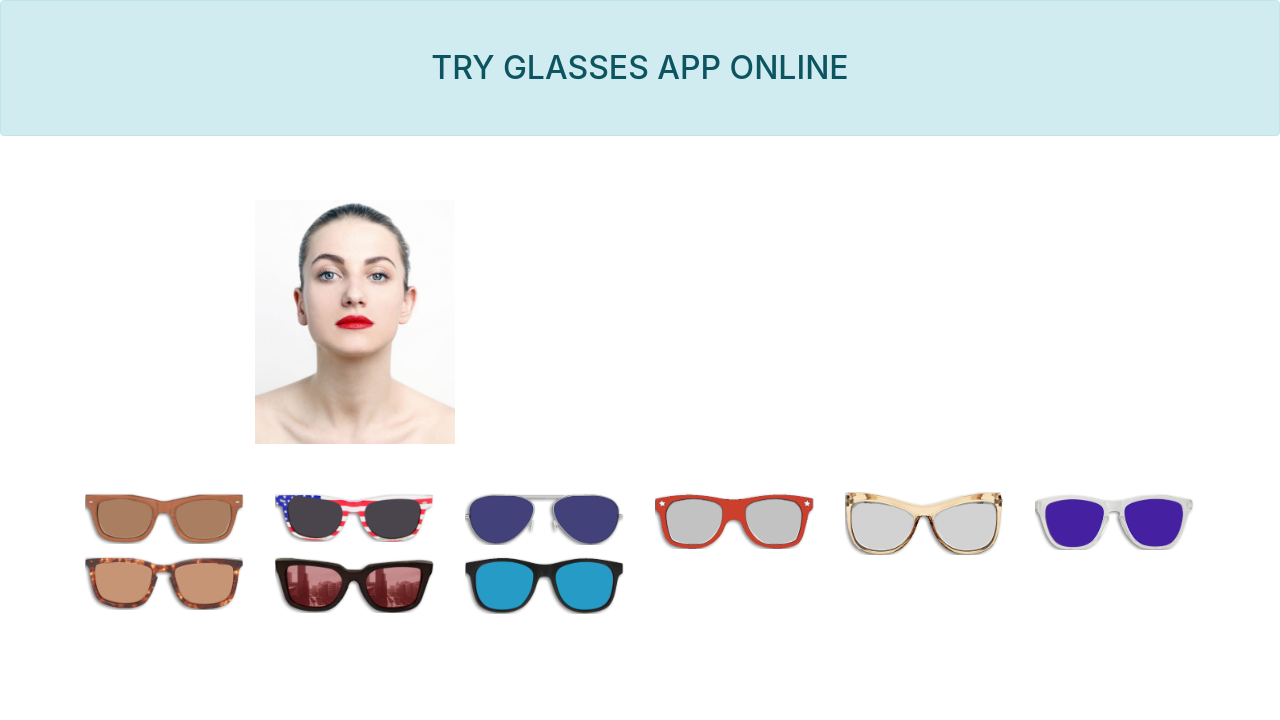
Repository: phongthanhh/ChoseGlass
Page: /
These files come from the project's save history. The page is drawn as it stood at one moment and after a run of saves; the edit follows.
The browser window is 1280 px wide. The pictures show the whole page.
The project was rebuilt for these pictures with package versions that can differ from the ones it lists, and the page was loaded fresh each time.

Above is the page before, as saved 2022-12-25 16:18:33.

After the next 2 saves:
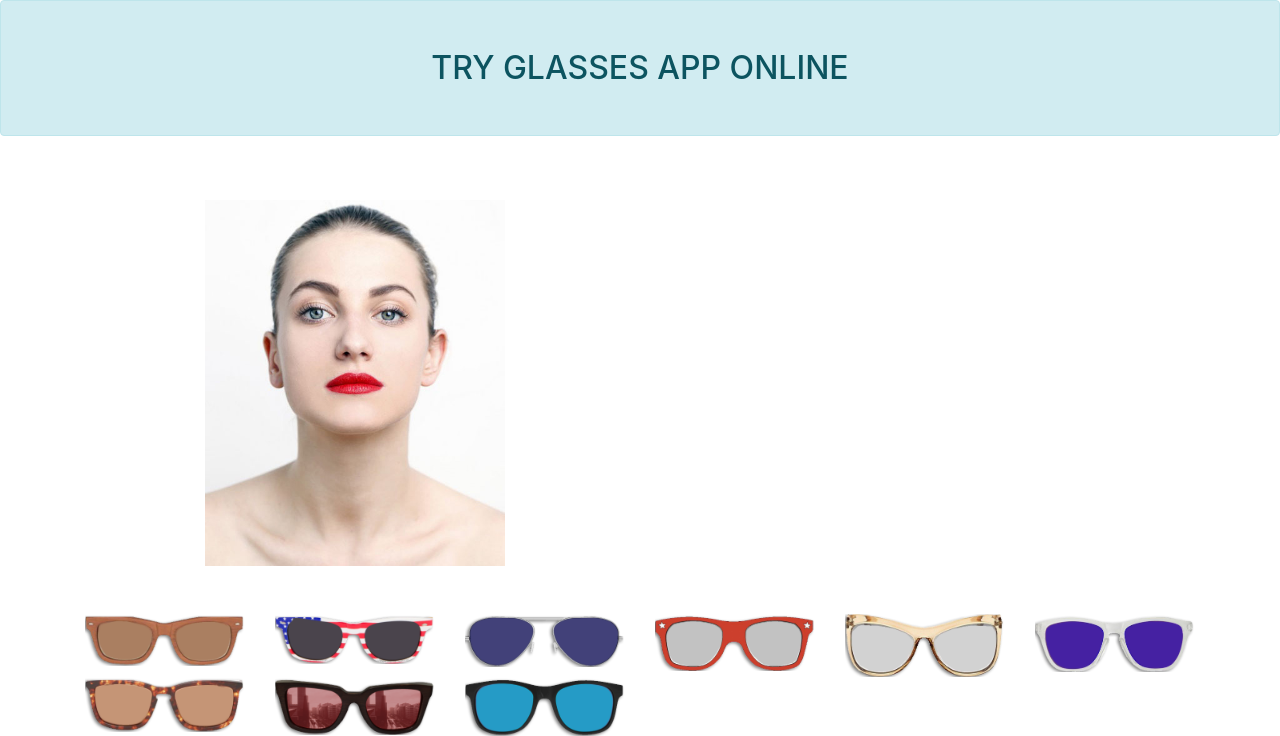
The 2 saves are shown as one change because they came seconds apart.
The last was saved 7 s later.
--- a/src/ChoseGlass/BTGlass.jsx
+++ b/src/ChoseGlass/BTGlass.jsx
@@ -85,7 +85,7 @@
                     <div className="item container">
                         <div className="row py-5">
                             <div className="col-6">
-                                <img style={{ width: '200px' }} src="./img/model.jpg" alt="" />
+                                <img style={{ width: '300px' }} src="./img/model.jpg" alt="" />
                             </div>
                         </div>
                         <GlassList listGlass={this.listGlass} />
